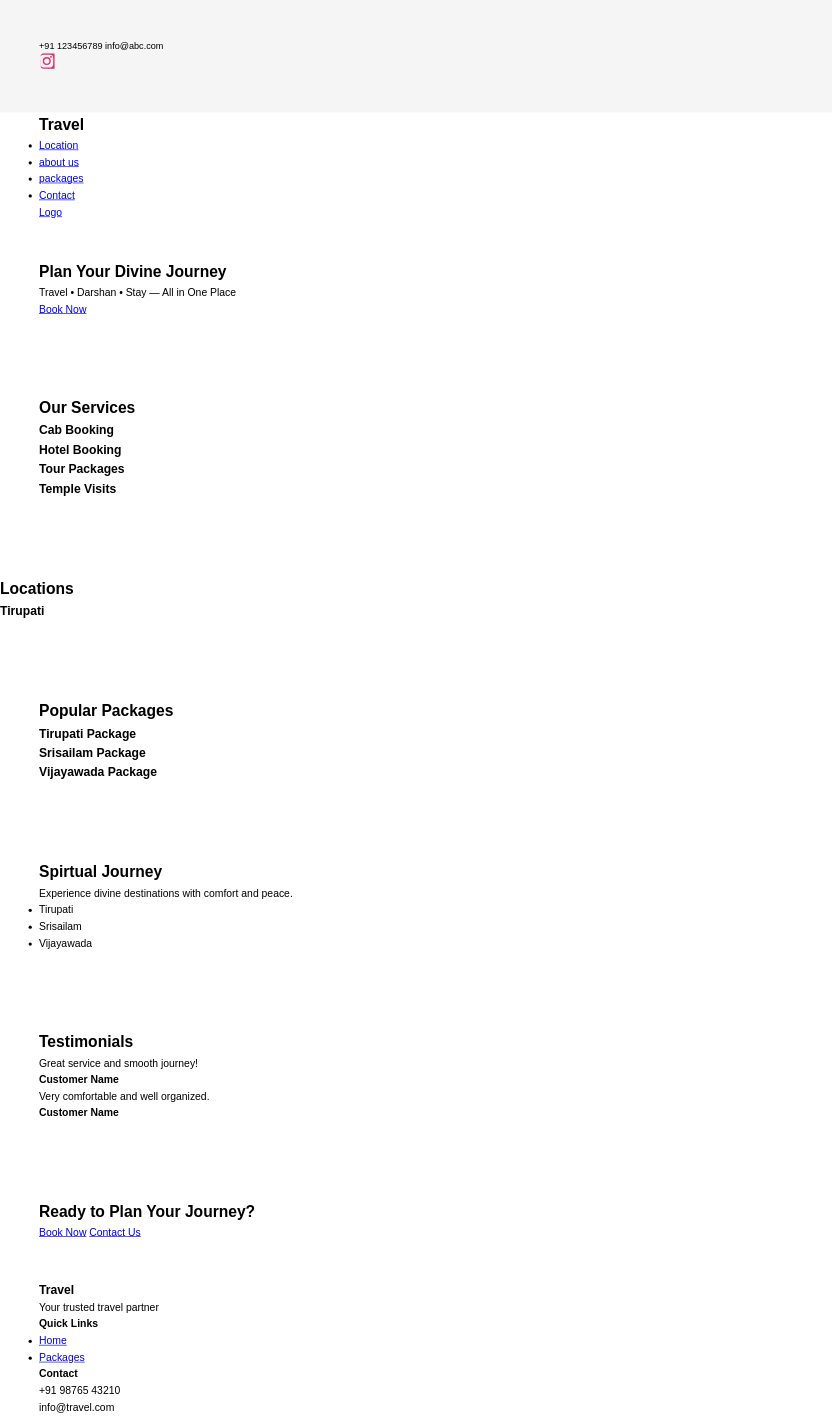
Repository: heytirupati/Bookingweb
Page: index.html
The author's editor kept a copy of each file at every save. The page is drawn from the files as they stood at one save, then again after a run of saves.
The browser window is 1280 px wide. The pictures show the whole page, at 65% of full size.

Above is the page before, as saved 2026-03-27 11:38:35.

### index.html
<!DOCTYPE html>

<html lang="en">


    <link rel="stylesheet" href="css/style.css">
<head>
    <meta charset="UTF-8">
    <meta name="viewport" content="width=device-width, initial-scale=1.0">
    <title> Travel Website</title>
</head>
<body>


<!-- this is top bar section  -->
    <section class="top-bar">
        <div class="container">
            <div class="top-left">
                <span> +91 123456789</span>
                <span>info@abc.com</span>
            </div>
            <div class="top-right"></div>
            <a href="instalink here" target="blank">
                <svg xmlns="http://www.w3.org/2000/svg" width="24" height="24" fill="#E1306C" viewBox="0 0 24 24">
                    <path d="M12 2.163c3.204 0 3.584.012 4.849.07 1.366.062 2.633.34 3.608 1.316.975.975 1.254 2.242 1.316 3.608.058 1.265.069 1.645.069 4.849s-.012 3.584-.07 4.849c-.062 1.366-.34 2.633-1.316 3.608-.975.975-2.242 1.254-3.608 1.316-1.265.058-1.645.069-4.849.069s-3.584-.012-4.849-.07c-1.366-.062-2.633-.34-3.608-1.316-.975-.975-1.254-2.242-1.316-3.608C2.175 15.584 2.163 15.204 2.163 12s.012-3.584.07-4.849c.062-1.366.34-2.633 1.316-3.608C4.524 2.573 5.791 2.294 7.157 2.232 8.422 2.175 8.802 2.163 12 2.163zm0-2.163C8.741 0 8.332.013 7.052.072 5.78.131 4.658.414 3.732 1.34 2.806 2.266 2.523 3.388 2.464 4.66 2.405 5.941 2.392 6.35 2.392 12c0 5.65.013 6.059.072 7.34.059 1.272.342 2.394 1.268 3.32.926.926 2.048 1.209 3.32 1.268 1.281.059 1.69.072 7.34.072s6.059-.013 7.34-.072c1.272-.059 2.394-.342 3.32-1.268.926-.926 1.209-2.048 1.268-3.32.059-1.281.072-1.69.072-7.34s-.013-6.059-.072-7.34c-.059-1.272-.342-2.394-1.268-3.32-.926-.926-2.048-1.209-3.32-1.268C18.059.013 17.65 0 12 0z"/>
                    <path d="M12 5.838a6.162 6.162 0 1 0 0 12.324 6.162 6.162 0 0 0 0-12.324zm0 10.162a3.999 3.999 0 1 1 0-7.998 3.999 3.999 0 0 1 0 7.998z"/>
                    <circle cx="18.406" cy="5.594" r="1.44"/>

                </svg>
            </a>

        </div>

    </section>



    <!-- this is nav section  -->

    <header class="navbar">
        <div class="container">
            <div class="logo">
                <h2>Travel</h2>
            </div>

            <nav class="nav-menu">
                <ul>
                    <li><a href="#">Location</a></li>
                    <li><a href="#">about us</a></li>
                    <li><a href="#">packages</a></li>
                    <li><a href="#">Contact</a></li>

                </ul>

            </nav>
            <div class="top-left">
                <a href="#">Logo</a>

            </div>

        </div>

    </header>

    <section class="hero">
        <div class="container">
            <h1>Plan Your Divine Journey</h1>
            <p>Travel • Darshan • Stay — All in One Place</p>
            <div class="nav-btn">
                <a href="#">Book Now</a>
            </div>
        </div>
    </section>

    <section>
        <div class="services">
            <div class="container">
                <h2>Our Services</h2>
                <div class="service-cards">
                     <div class="card">
                    <h3>Cab Booking</h3>
                </div>

                <div class="card">
                    <h3>Hotel Booking</h3>
                </div>

                <div class="card">
                    <h3>Tour Packages</h3>
                </div>

                <div class="card">
                    <h3>Temple Visits</h3>
                </div>

            </div>

        </div>
    </section>


<!-- this is Location section  -->

<section class="locations">
    <h2>Locations</h2>
            <div class="location-card">
                <h3>Tirupati</h3>
            </div>
    </div>
</section>


<!-- this is popular package section  -->
<section class="packages">
        <div class="container">
            <h2>Popular Packages</h2>
            <div class="package-cards">

                <div class="card">
                    <h3>Tirupati Package</h3>
                </div>

                <div class="card">
                    <h3>Srisailam Package</h3>
                </div>

                <div class="card">
                    <h3>Vijayawada Package</h3>
                </div>

            </div>
        </div>
    </section>
<!-- this is Spirtual Journey section  -->
    <section class="spiritual">
        <div class="container">
            <div class="spiritual-content">
                <h2>Spirtual Journey</h2>
                <p>
                    Experience divine destinations with comfort and peace.
                </p>
                <ul>
                    <li>Tirupati</li>
                    <li>Srisailam</li>
                    <li>Vijayawada</li>
                </ul>

            </div>
            <div class="spiritual-image">
                <!-- Image goes here -->
            </div>
        </div>

    </section>
<!-- 8. Testimonials -->
    <section class="testimonials">
        <div class="container">
            <h2>Testimonials</h2>
            <div class="testimonial-cards">

                <div class="card">
                    <p>Great service and smooth journey!</p>
                    <h4>Customer Name</h4>
                </div>

                <div class="card">
                    <p>Very comfortable and well organized.</p>
                    <h4>Customer Name</h4>
                </div>

            </div>
        </div>
    </section>

    <!-- 9. CTA Section -->
    <section class="cta">
        <div class="container">
            <h2>Ready to Plan Your Journey?</h2>
            <a href="#">Book Now</a>
            <a href="#">Contact Us</a>
        </div>
    </section>

    <!-- 10. Footer -->
    <footer class="footer">
        <div class="container">

            <div class="footer-col">
                <h3>Travel</h3>
                <p>Your trusted travel partner</p>
            </div>

            <div class="footer-col">
                <h4>Quick Links</h4>
                <ul>
                    <li><a href="#">Home</a></li>
                    <li><a href="#">Packages</a></li>
                </ul>
            </div>

            <div class="footer-col">
                <h4>Contact</h4>
                <p>+91 98765 43210</p>
                <p>info@travel.com</p>
            </div>

        </div>
    </footer>











</body>
</html>

### css/style.css
* {
    margin: 0;
    padding: 0;
    box-sizing:border-box ;

}

body{
    font-family: Arial,sans-serif;
    line-height: 1.6;
}

.container{
    max-width: 1200px;
    margin: auto;
    padding: 0 20px;
}

section{
    padding: 60px 0;
}

.flex{
    display: flex;
    justify-content: space-between;
    align-items: center;
}

.top-bar{
    background-color : #f5f5f5 ;
    font-size: 14px;
}

.top-bar .container

After the next 2 saves:
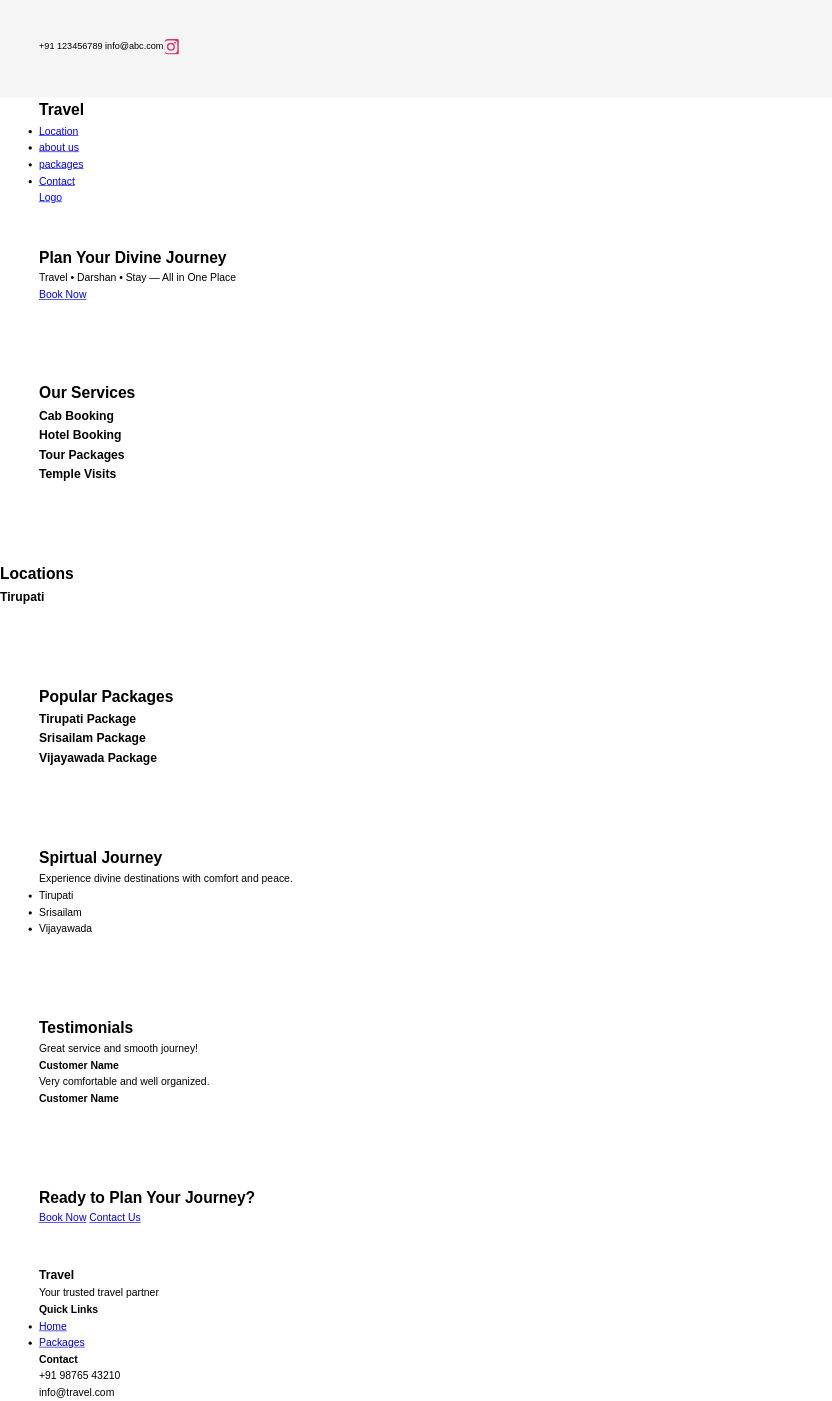
The 2 saves are shown as one change because they came seconds apart.
The last was saved 6 s later.
--- a/css/style.css
+++ b/css/style.css
@@ -31,4 +31,6 @@ section{
     font-size: 14px;
 }
 
-.top-bar .container
+.top-bar .container{
+    display: flex;
+}
